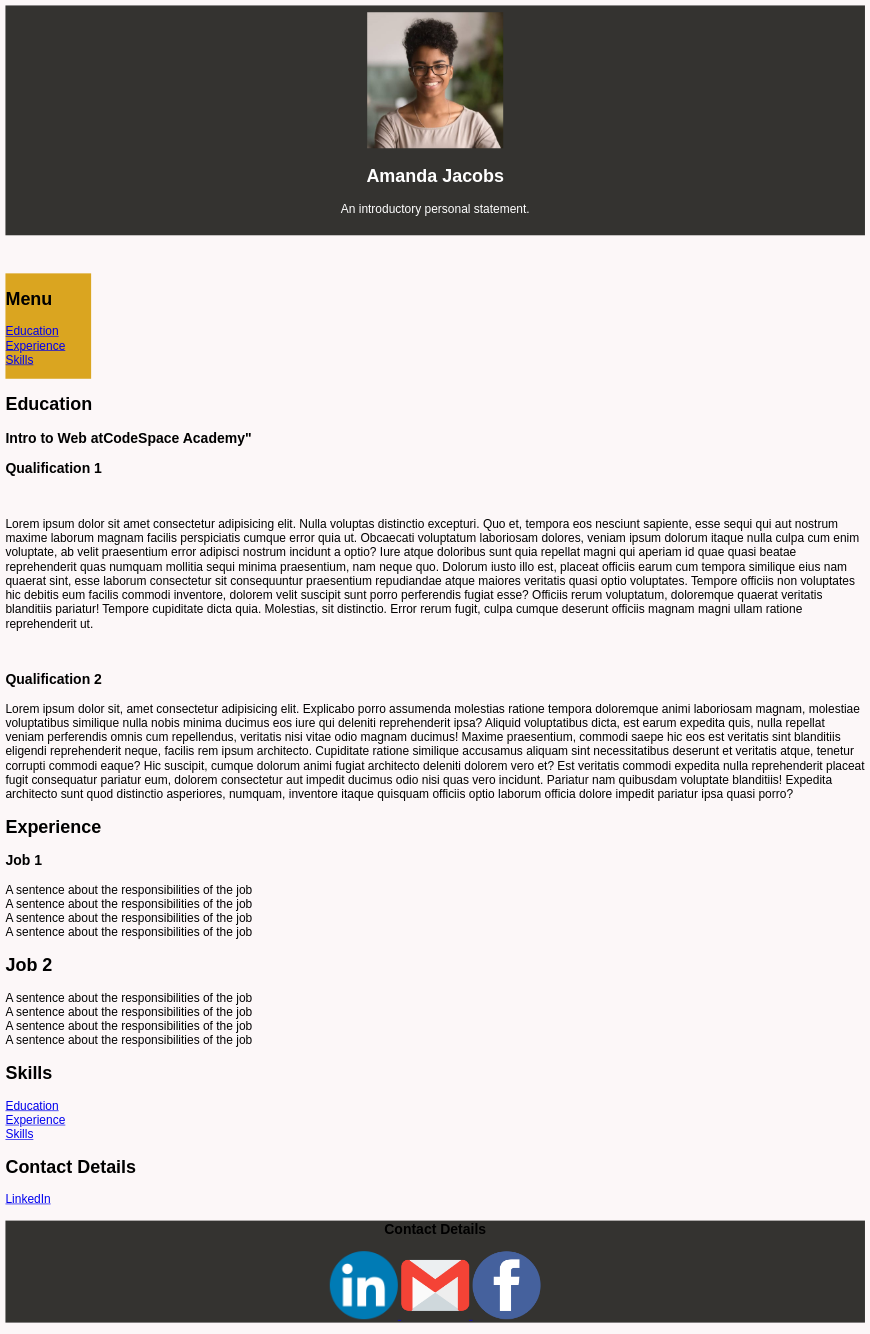
Repository: LeonardMhere/Resume-3
Page: resume `3/index.html
An editor plug-in stored every save of this project. The page is shown before and after the next save, followed by the edit.
The browser window is 1280 px wide. The pictures show the whole page, at 68% of full size.

Above is the page before, as saved 2023-03-23 10:01:54.

After the next save:
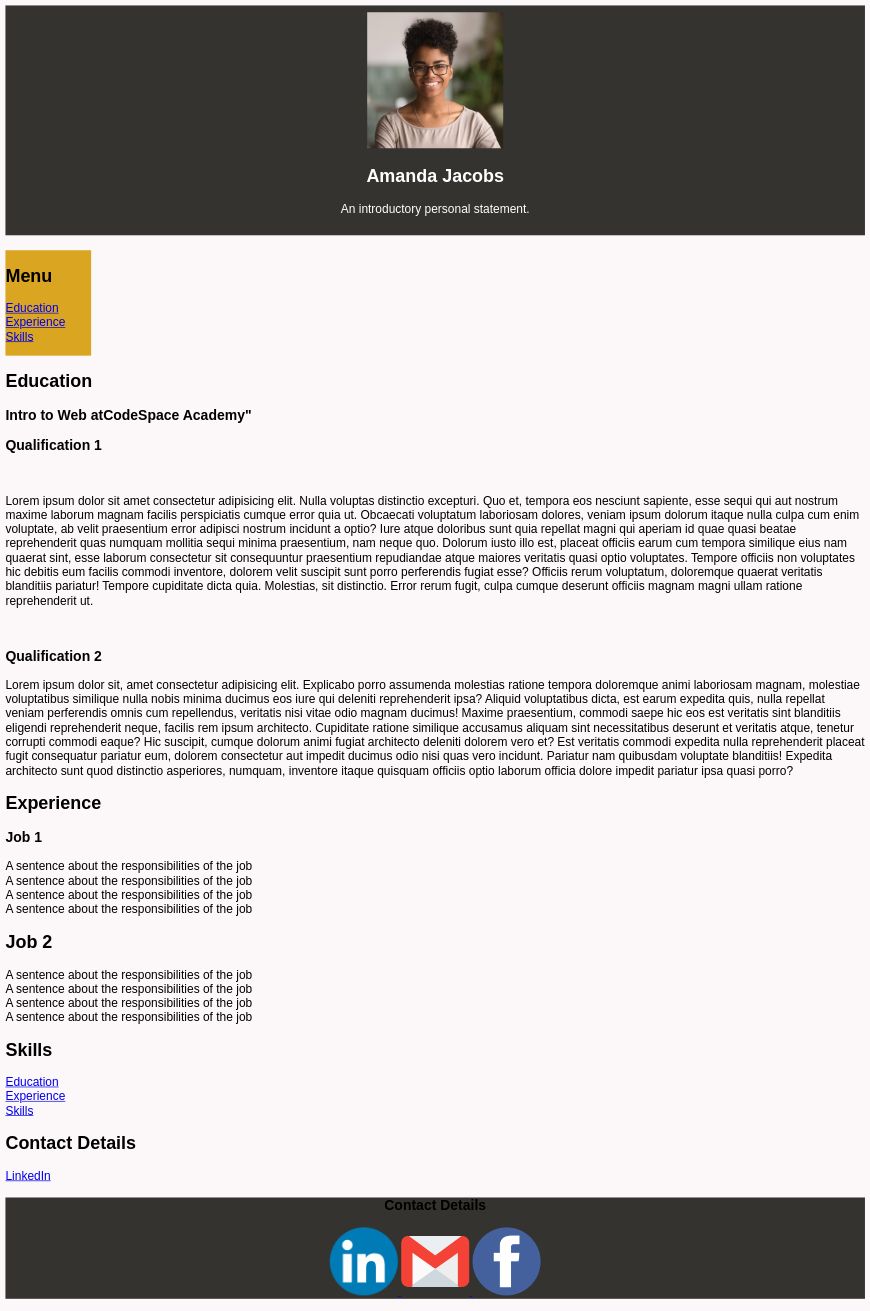
Saved 12 s later.
--- a/resume `3/css/stylesheet.css
+++ b/resume `3/css/stylesheet.css
@@ -21,7 +21,7 @@ header {
 
 .nav-menu{
     background-color:goldenrod;
-    margin-top: 35px;
+    margin-top: 0.8px;
     width: 10%;
     overflow: auto;
     background-color:
